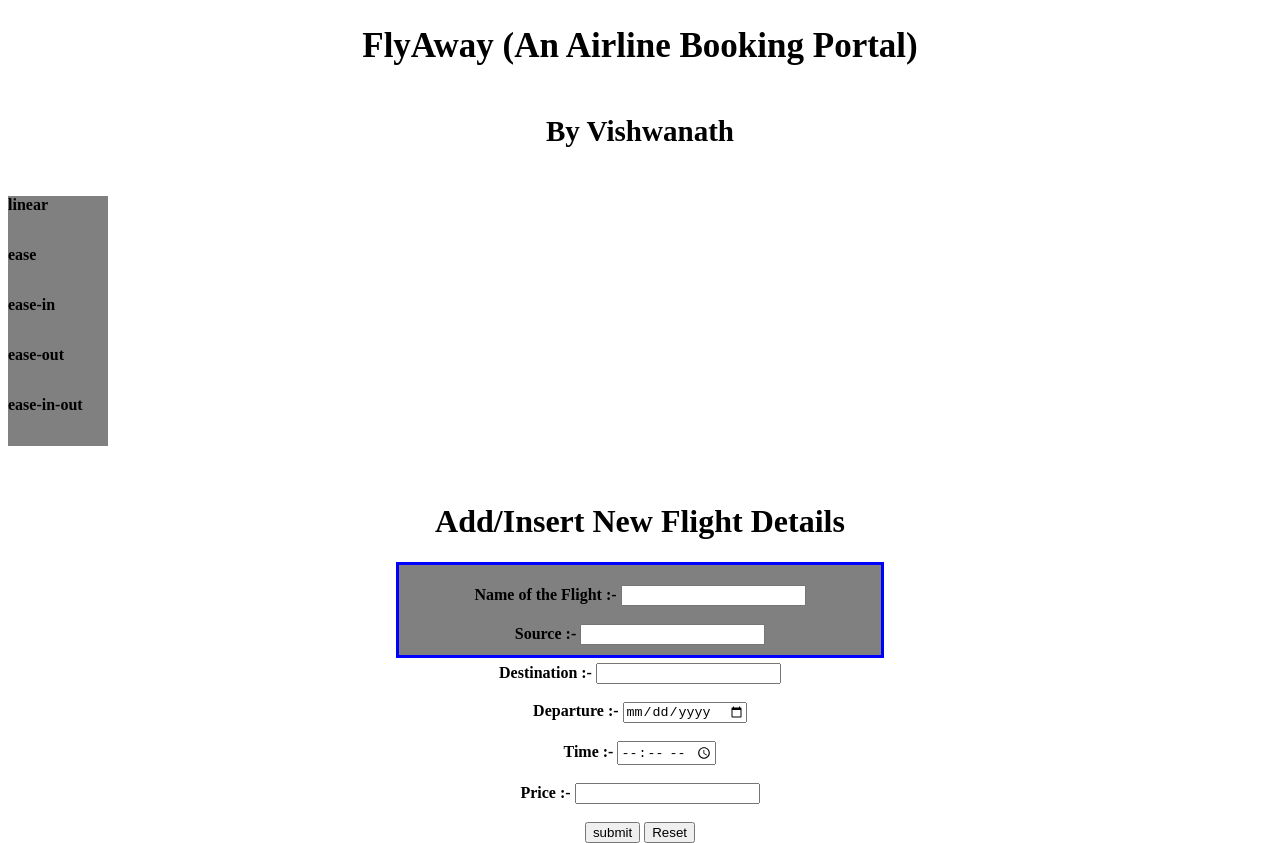
Repository: Vishu4401/FlyAway-An-Airline-Booking-Portal-
Page: http://localhost/FlyAway-An-Airline-Booking-Portal/AdminHome.jsp
An editor plug-in stored every save of this project. The page is shown before and after the next save, followed by the edit.
The browser window is 1280 px wide. The pictures show the whole page.
The page is served by Tomcat 9.

Above is the page before, as saved 2022-08-24 04:25:12.

After the next save:
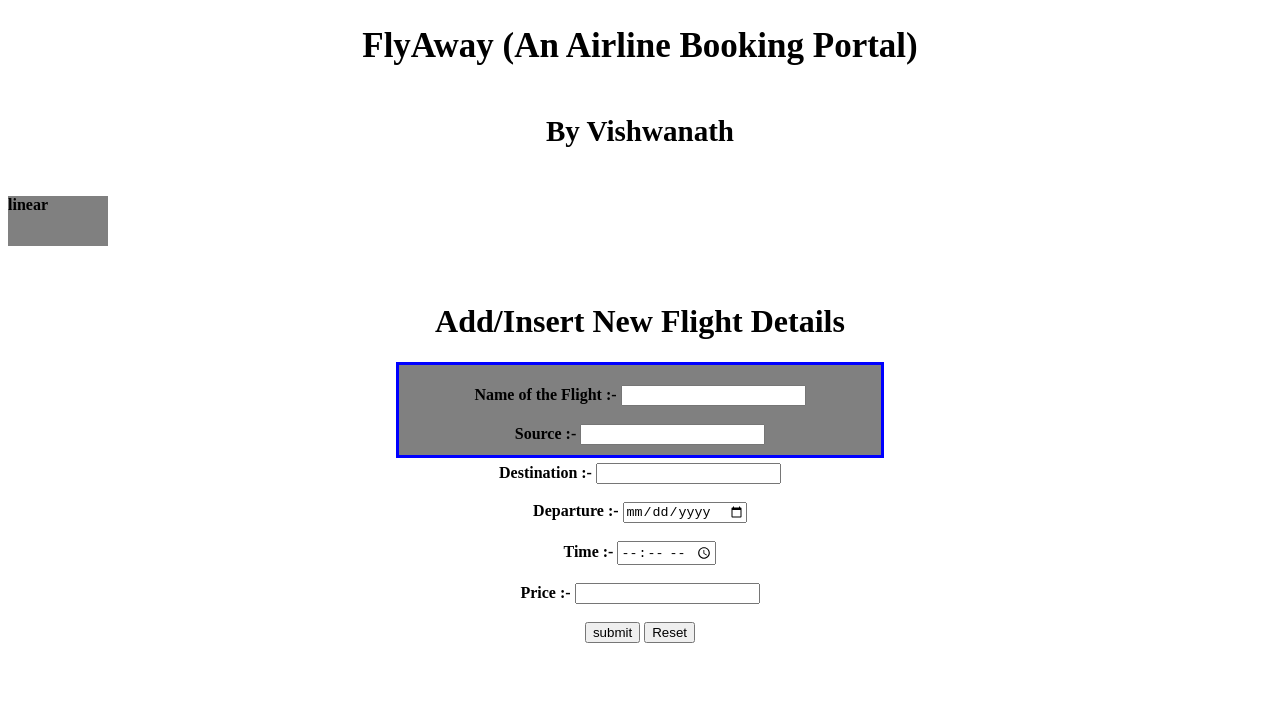
Saved 41 s later.
--- a/FlyAway-An-Airline-Booking-Portal/src/main/webapp/AdminHome.jsp
+++ b/FlyAway-An-Airline-Booking-Portal/src/main/webapp/AdminHome.jsp
@@ -15,10 +15,7 @@ div {
 }
 
 #div1 {animation-timing-function: linear;}
-#div2 {animation-timing-function: ease;}
-#div3 {animation-timing-function: ease-in;}
-#div4 {animation-timing-function: ease-out;}
-#div5 {animation-timing-function: ease-in-out;}
+
 
 @keyframes mymove {
   from {left: 0px;}
@@ -38,10 +35,7 @@ div {
 </center></a>
 
 <div id="div1">linear</div>
-<div id="div2">ease</div>
-<div id="div3">ease-in</div>
-<div id="div4">ease-out</div>
-<div id="div5">ease-in-out</div>
+
 <br><br>
 <center>
 <h1>Add/Insert New Flight Details</h1>
